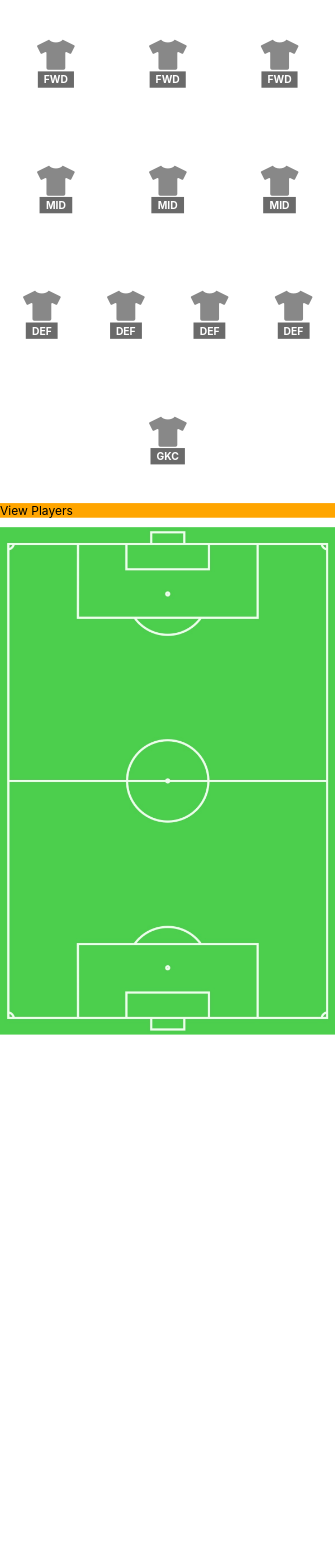
Repository: JavaidAhmadKhan/UEFA
Screen: /
The author's editor kept a copy of each file at every save. The screen is drawn from the files as they stood at one save, then again after the next save.
The pictures are shown at 86% of full size.
The app was drawn by React Native's web renderer in a window 390 px wide. The project was rebuilt for these pictures with package versions that can differ from the ones it lists, and the page was loaded fresh each time. Some packages were replaced by stand-ins written for this rebuild.

Above is the screen before, as saved 2021-07-07 11:37:57.

### App.tsx
import "react-native-gesture-handler";
import { StatusBar } from "expo-status-bar";
import React from "react";
import { SafeAreaProvider } from "react-native-safe-area-context";

import useCachedResources from "./hooks/useCachedResources";
import useColorScheme from "./hooks/useColorScheme";
import TabOneScreen from "./screens/TabOneScreen";

export default function App() {
  const isLoadingComplete = useCachedResources();
  const colorScheme = useColorScheme();

  if (!isLoadingComplete) {
    return null;
  } else {
    return (
      <SafeAreaProvider>
        <TabOneScreen />

        <StatusBar />
      </SafeAreaProvider>
    );
  }
}

### screens/TabOneScreen.tsx
import * as React from "react";
import {
  StyleSheet,
  SafeAreaView,
  Platform,
  Pressable,
  Text,
} from "react-native";

import Field from "../components/Field";

export default function TabOneScreen() {
  const viewPlayers = () => {
    console.warn("View Player");
  };

  return (
    <SafeAreaView style={styles.container}>
      <Field />
      <Pressable
        onPress={viewPlayers}
        style={{ backgroundColor: "orange", width: "100%" }}
      >
        <Text>View Players</Text>
      </Pressable>
    </SafeAreaView>
  );
}

const styles = StyleSheet.create({
  container: {
    flex: 1,
    alignItems: "center",
    paddingTop: Platform.OS === "android" ? 30 : 0,
  },
});

### components/Field.tsx
import React from "react";
import {
  StyleSheet,
  ImageBackground,
  SafeAreaView,
  Platform,
  Text,
  View,
} from "react-native";

import field from "../assets/images/field.jpg";
import FieldPlayer from "./FieldPlayer";

const players: { [key: string]: null[] } = {
  FWD: [null, null, null],
  MID: [null, null, null],
  DEF: [null, null, null, null],
  GKC: [null],
};

const Field = () => {
  return (
    <ImageBackground
      source={field}
      resizeMode="contain"
      style={{
        width: "100%",
        aspectRatio: 2 / 3,
        justifyContent: "space-around",
        alignItems: "center",
      }}
    >
      {Object.keys(players).map((position) => (
        <View
          style={{
            flexDirection: "row",
            justifyContent: "space-around",
            width: "100%",
          }}
        >
          {players[position].map((player) => (
            <FieldPlayer player={player} position={position} />
          ))}
        </View>
      ))}
    </ImageBackground>
  );
};

export default Field;

### components/FieldPlayer.tsx
import React from "react";
import { View, Text } from "react-native";
import { FontAwesome5 } from "@expo/vector-icons";

type FieldPlayerProps = {
  player: null;
  position: string;
};

const FieldPlayer = (props: FieldPlayerProps) => {
  const { player, position } = props;

  return (
    <View style={{ alignItems: "center" }}>
      <FontAwesome5
        name="tshirt"
        size={35}
        color={player ? "#d170db" : "#5c5c5cbb"}
      />
      <Text
        style={{
          backgroundColor: "#333333bb",
          color: "white",
          fontWeight: "bold",
          fontSize: 12,
          padding: 2,
          paddingHorizontal: 7,
        }}
      >
        {position}
      </Text>
    </View>
  );
};

export default FieldPlayer;

Loaded but not shown: hooks/useCachedResources.ts (common file); hooks/useColorScheme.ts (common file)

After the next save:
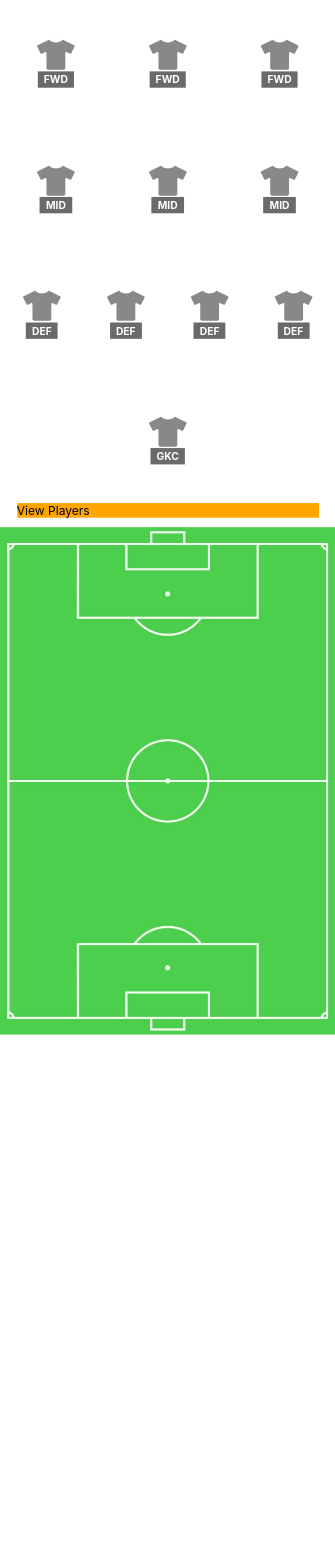
Saved 7 s later.
--- a/screens/TabOneScreen.tsx
+++ b/screens/TabOneScreen.tsx
@@ -19,7 +19,7 @@ export default function TabOneScreen() {
       <Field />
       <Pressable
         onPress={viewPlayers}
-        style={{ backgroundColor: "orange", width: "100%" }}
+        style={{ backgroundColor: "orange", width: "90%" }}
       >
         <Text>View Players</Text>
       </Pressable>
